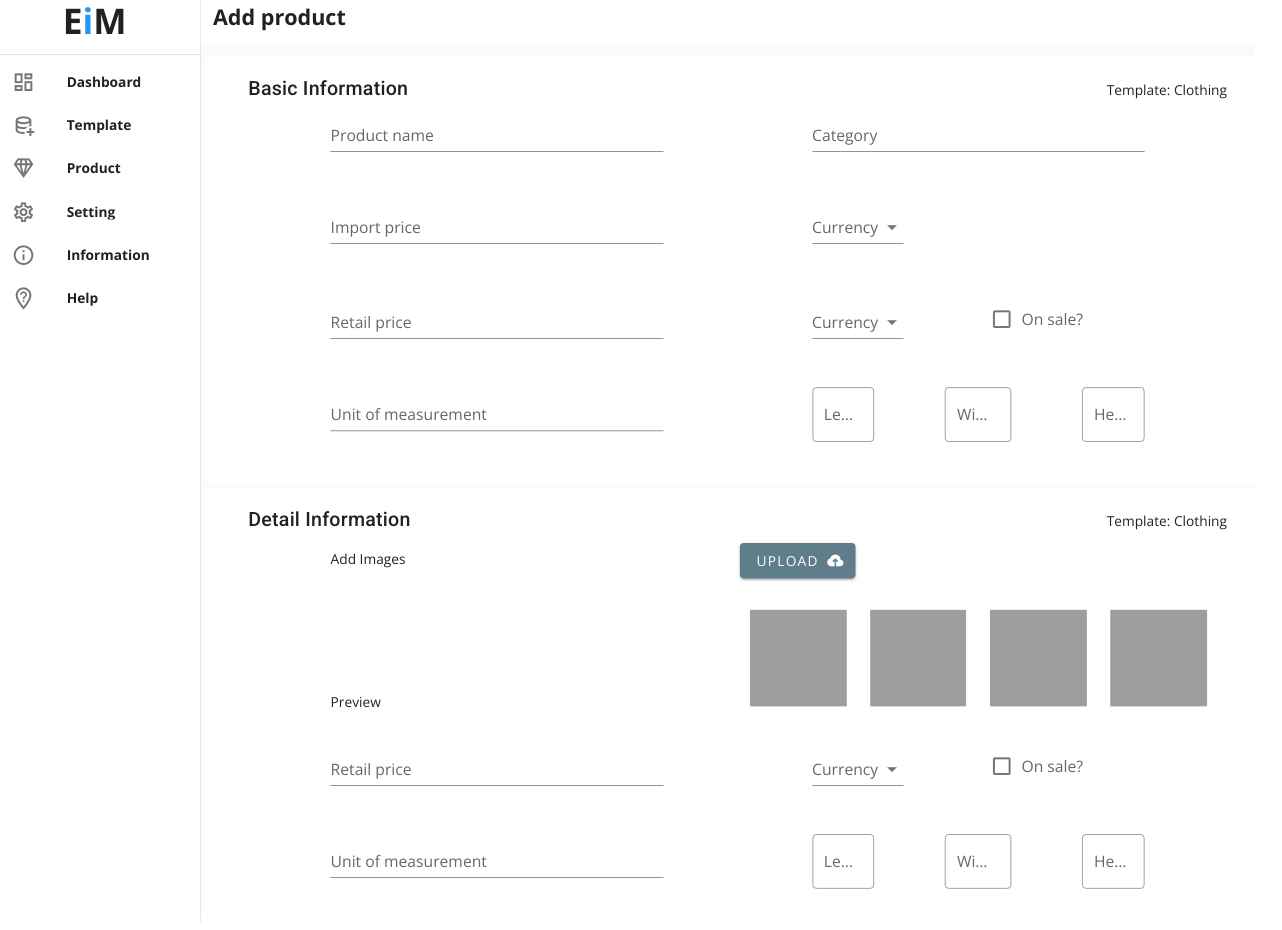
Repository: nguyenphuong152/pim-template
Page: /addproduct
These files come from the project's save history. The page is drawn as it stood at one moment and after the next save; the edit follows.
The browser window is 1280 px wide. The page is 1308 px wide, so the pictures cover 1308 px, including what lies to the right of the window. The pictures show the whole page, at 98% of full size.
Pictures or frames that could not be fetched are drawn as grey boxes. The project was rebuilt for these pictures with package versions that can differ from the ones it lists, and the page was loaded fresh each time. Also part of the build but not shown: vue.config.js, src/views/Home.vue, src/components/Outcome_1/SearchTemplate.vue, src/components/Outcome_1/YourTemplate.vue, src/components/Outcome_1/ListComponent.vue, src/components/Outcome_1/AddInfo.vue, src/components/Outcome_1/AddDetail.vue, src/components/Outcome_1/CreateRegion.vue and 5 more.

Above is the page before, as saved 2020-12-21 12:03:04.

### public/index.html
<!DOCTYPE html>
<html lang="en">
  <head>
    <meta charset="utf-8" />
    <meta http-equiv="X-UA-Compatible" content="IE=edge" />
    <meta name="viewport" content="width=device-width,initial-scale=1.0" />
    <link rel="icon" href="<%= BASE_URL %>favicon.ico" />
    <link rel="preconnect" href="https://fonts.gstatic.com" />
    <link rel="preconnect" href="https://fonts.gstatic.com" />
    <link rel="preconnect" href="https://fonts.gstatic.com" />
    <link
      href="https://fonts.googleapis.com/css2?family=Open+Sans:wght@300;400;600;700;800&display=swap"
      rel="stylesheet"
    />
    <link
      href="https://fonts.googleapis.com/css?family=Montserrat:300,400,500,600,700"
      rel="stylesheet"
    />
    <title><%= htmlWebpackPlugin.options.title %></title>
    <link
      rel="stylesheet"
      href="https://fonts.googleapis.com/css?family=Roboto:100,300,400,500,700,900"
    />
    <link
      rel="stylesheet"
      href="https://cdn.jsdelivr.net/npm/@mdi/font@latest/css/materialdesignicons.min.css"
    />
  </head>
  <body>
    <noscript>
      <strong
        >We're sorry but <%= htmlWebpackPlugin.options.title %> doesn't work
        properly without JavaScript enabled. Please enable it to
        continue.</strong
      >
    </noscript>
    <div id="app"></div>
    <!-- built files will be auto injected -->
  </body>
</html>

### src/main.js
import Vue from 'vue'
import App from './App.vue'
import router from './router'
import '../sass/style.scss'
import vuetify from './plugins/vuetify';

Vue.config.productionTip = false

new Vue({
  router,
  vuetify,
  render: h => h(App)
}).$mount('#app')

### src/App.vue
<template>
  <v-app v-bind:style="{ background: activeColor }">
    <v-row>
      <v-col cols="2" class="pa-0">
        <v-navigation-drawer permanent width="220">
          <v-list-item>
            <v-list-item-content>
              <v-list-item-title class="logo">
                E<span class="blue--text">i</span>M
              </v-list-item-title>
            </v-list-item-content>
          </v-list-item>

          <v-divider></v-divider>

          <v-list dense nav class="text-start pl-4">
            <v-list-item
              v-for="item in items"
              :key="item.title"
              :to="item.path"
              color="blue"
            >
              <v-list-item-icon>
                <v-icon>{{ item.icon }}</v-icon>
              </v-list-item-icon>
              <v-list-item-content>
                <v-list-item-title class="template-title font-weight-bold ">{{
                  item.title
                }}</v-list-item-title>
              </v-list-item-content>
            </v-list-item>
          </v-list>
        </v-navigation-drawer>
      </v-col>
      <v-col class="pa-0">
        <router-view />
      </v-col>
    </v-row>
  </v-app>
</template>

<script>
export default {
  name: "App",
  components: {},
  watch: {
    $route(to) {
      document.title = `${to.meta.title}`;
    },
  },
  data() {
    return {
      clicked: false,
      activeColor: "#FAFAFA",
      items: [
        { title: "Dashboard", icon: "mdi-view-dashboard-outline", path: "" },
        {
          title: "Template",
          icon: "mdi-database-plus-outline",
          path: "/template",
        },
        { title: "Product", icon: "mdi-diamond-stone", path: "/product" },
        { title: "Setting", icon: "mdi-cog-outline", path: "" },
        { title: "Information", icon: "mdi-information-outline", path: "" },
        { title: "Help", icon: "mdi-map-marker-question-outline", path: "" },
      ],
      right: null,
    };
  },
};
</script>

### src/router/index.js
import Vue from "vue";
import VueRouter from "vue-router";
import Home from "../views/Home.vue";
import Template from "../views/Outcome_1/CreateProductTemplate.vue";
import Product from "../views/Outcome_2/Outcome_2_screen.vue";
import AddProduct from "../views/Outcome_2/AddProduct.vue";

Vue.use(VueRouter);

const routes = [
  {
    path: "/",
    name: "Home",
    component: Home,
  },
  {
    path: "/template",
    name: "Template",
    component: Template,
    meta: {
      title: "Add Template",
    },
  },
  {
    path: "/product",
    name: "Product",
    component: Product,
    meta: {
      title: "Product",
    },
  },
  {
    path: "/addproduct",
    name: "AddProduct",
    component: AddProduct,
    meta: {
      title: "Add Product",
    },
  },
  {
    path: "/about",
    name: "About",
    // route level code-splitting
    // this generates a separate chunk (about.[hash].js) for this route
    // which is lazy-loaded when the route is visited.
    component: () =>
      import(/* webpackChunkName: "about" */ "../views/About.vue"),
  },
];

const router = new VueRouter({
  mode: "history",
  base: process.env.BASE_URL,
  routes,
});

export default router;

### sass/style.scss
$font-primary: 'Open Sans',
sans-serif;

@import "~vuetify/src/styles/styles.sass";

$fontsize-content: 14px;
$fontsize-title: 24px;
$fontsize-logo:36px;
$fontsize-header:22px;
$fontsize-nav:20px;


#app {
  font-family: $font-primary;
   font-size:$fontsize-content;
  -webkit-font-smoothing: antialiased;
  -moz-osx-font-smoothing: grayscale;
  text-align: center;
  color: #2c3e50;
}

#nav {
  padding: 30px;
}

#nav a {
  font-weight: bold;
  color: #2c3e50;
}

#nav a.router-link-exact-active {
  color: #42b983;
}

.title {
  font: $font-primary !important;
  font-size: $fontsize-nav !important;
}

.logo {
  @extend .title;
  font-weight: 700 !important;
  font-size: $fontsize-logo !important;
}

.text-header {
  font: $font-primary !important;
  font-size: $fontsize-header !important;
  font-weight: 700;
}


.template-title {
  @extend .title;
  font-size: $fontsize-content !important;
}

### src/views/Outcome_2/AddProduct.vue
<template>
  <v-container class="pa-0">
    <v-card class="" flat>
      <v-container class="text-start">
        <v-row class="align-baseline">
          <v-col cols="10">
            <span class="text-header">Add product</span>
          </v-col>
        </v-row>
      </v-container>
    </v-card>
    <br />
    <BasicInfo />
    <br />
    <DetailInfo />
  </v-container>
</template>

<script>
import BasicInfo from "../../components/Outcome_2/BasicInfo";
import DetailInfo from "../../components/Outcome_2/Detail";

export default {
  components: {
    BasicInfo,
    DetailInfo,
  },
};
</script>

### src/components/Outcome_2/BasicInfo.vue
<template>
  <v-container class="text-start ma-1 pa-0">
    <v-card flat>
      <v-row class="d-flex align-baseline px-14 pt-4">
        <span class="title ">Basic Information</span>
        <v-spacer></v-spacer>
        <span>Template: Clothing</span>
      </v-row>
      <v-container class="px-16 py-0">
        <v-row class="d-flex align-baseline pa-0">
          <v-col>
            <v-container class="py-0 px-16">
              <v-text-field
                color="blue darken-2"
                label="Product name"
                hint="Miniskirt-02"
                required
              ></v-text-field>
            </v-container>
          </v-col>
          <v-col>
            <v-container class="py-0 px-16">
              <v-text-field
                color="blue darken-2"
                label="Category"
                hint="Ex: Miniskirt"
                required
              ></v-text-field>
            </v-container>
          </v-col>
        </v-row>
        <v-row class="d-flex align-baseline">
          <v-col cols="6">
            <v-container class="py-0 px-16">
              <v-text-field
                color="blue darken-2"
                label="Import price"
                hint="180,000"
                required
              ></v-text-field>
            </v-container>
          </v-col>
          <v-col cols="3">
            <v-container class="py-0 px-16">
              <v-select :items="items" label="Currency"></v-select>
            </v-container>
          </v-col>
          <v-col> </v-col>
        </v-row>
        <v-row class="d-flex align-baseline">
          <v-col cols="6">
            <v-container class="py-0 px-16">
              <v-text-field
                color="blue darken-2"
                label="Retail price"
                hint="180,000"
                required
              ></v-text-field>
            </v-container>
          </v-col>
          <v-col cols="3">
            <v-container class="py-0 px-16">
              <v-select :items="items" label="Currency"></v-select>
            </v-container>
          </v-col>
          <v-col
            ><v-checkbox label="On sale?" color="red" hide-details></v-checkbox>
          </v-col>
        </v-row>
        <v-row class="d-flex align-baseline">
          <v-col cols="6">
            <v-container class="py-0 px-16">
              <v-text-field
                color="blue darken-2"
                label="Unit of measurement"
                hint="Ex: piece, pair,..."
                required
              ></v-text-field>
            </v-container>
          </v-col>
          <v-col>
            <v-row>
              <v-col>
                <v-container class="py-0 pl-16">
                  <v-text-field
                    label="Length"
                    placeholder="70cm"
                    outlined
                  ></v-text-field>
                </v-container>
              </v-col>
              <v-col>
                <v-container class="py-0 pr-9 pl-9">
                  <v-text-field
                    label="Width"
                    placeholder="50cm"
                    outlined
                  ></v-text-field>
                </v-container>
              </v-col>
              <v-col>
                <v-container class="py-0 pr-16">
                  <v-text-field
                    label="Height"
                    placeholder="10cm"
                    outlined
                  ></v-text-field>
                </v-container>
              </v-col>
            </v-row>
          </v-col>
        </v-row>
      </v-container>
    </v-card>
  </v-container>
</template>

<script>
export default {
  data: () => ({
    items: ["VND", "USD", "EUR"],
  }),
};
</script>

<style></style>

### src/components/Outcome_2/Detail.vue
<template>
  <v-container class="text-start ma-1 pa-0">
    <v-card flat>
      <v-row class="d-flex align-baseline px-14 pt-4">
        <span class="title ">Detail Information</span>
        <v-spacer></v-spacer>
        <span>Template: Clothing</span>
      </v-row>
      <v-container class="px-16 py-0">
        <v-row class="d-flex align-baseline pa-0">
          <v-col cols="5">
            <v-container class="py-0 px-16">
              <span>Add Images</span>
            </v-container>
          </v-col>
          <v-col>
            <v-container class="py-0 px-16 ">
              <v-btn color="blue-grey" class="ma-2 white--text">
                Upload
                <v-icon right dark>
                  mdi-cloud-upload
                </v-icon>
              </v-btn>
            </v-container>
          </v-col>
        </v-row>
        <v-row class="d-flex align-baseline">
          <v-col cols="6">
            <v-container class="py-0 px-16">
              Preview
            </v-container>
          </v-col>
          <v-col>
            <v-row>
              <v-col v-for="n in 4" :key="n" class="d-flex child-flex">
                <v-img
                  :src="`https://picsum.photos/500/300?image=${n * 3 + 10}`"
                  :lazy-src="`https://picsum.photos/10/6?image=${n * 3 + 10}`"
                  aspect-ratio="1"
                  class="grey lighten-2"
                  width="70"
                >
                  <template v-slot:placeholder>
                    <v-row
                      class="fill-height ma-0"
                      align="center"
                      justify="center"
                    >
                      <v-progress-circular
                        indeterminate
                        color="grey lighten-5"
                      ></v-progress-circular>
                    </v-row>
                  </template>
                </v-img>
              </v-col>
            </v-row>
          </v-col>
        </v-row>
        <v-row class="d-flex align-baseline">
          <v-col cols="6">
            <v-container class="py-0 px-16">
              <v-text-field
                color="blue darken-2"
                label="Retail price"
                hint="180,000"
                required
              ></v-text-field>
            </v-container>
          </v-col>
          <v-col cols="3">
            <v-container class="py-0 px-16">
              <v-select :items="items" label="Currency"></v-select>
            </v-container>
          </v-col>
          <v-col
            ><v-checkbox label="On sale?" color="red" hide-details></v-checkbox>
          </v-col>
        </v-row>
        <v-row class="d-flex align-baseline">
          <v-col cols="6">
            <v-container class="py-0 px-16">
              <v-text-field
                color="blue darken-2"
                label="Unit of measurement"
                hint="Ex: piece, pair,..."
                required
              ></v-text-field>
            </v-container>
          </v-col>
          <v-col>
            <v-row>
              <v-col>
                <v-container class="py-0 pl-16">
                  <v-text-field
                    label="Length"
                    placeholder="70cm"
                    outlined
                  ></v-text-field>
                </v-container>
              </v-col>
              <v-col>
                <v-container class="py-0 pr-9 pl-9">
                  <v-text-field
                    label="Width"
                    placeholder="50cm"
                    outlined
                  ></v-text-field>
                </v-container>
              </v-col>
              <v-col>
                <v-container class="py-0 pr-16">
                  <v-text-field
                    label="Height"
                    placeholder="10cm"
                    outlined
                  ></v-text-field>
                </v-container>
              </v-col>
            </v-row>
          </v-col>
        </v-row>
      </v-container>
    </v-card>
  </v-container>
</template>

<script>
export default {};
</script>

<style></style>

Loaded but not shown: src/plugins/vuetify.js (common file)

After the next save:
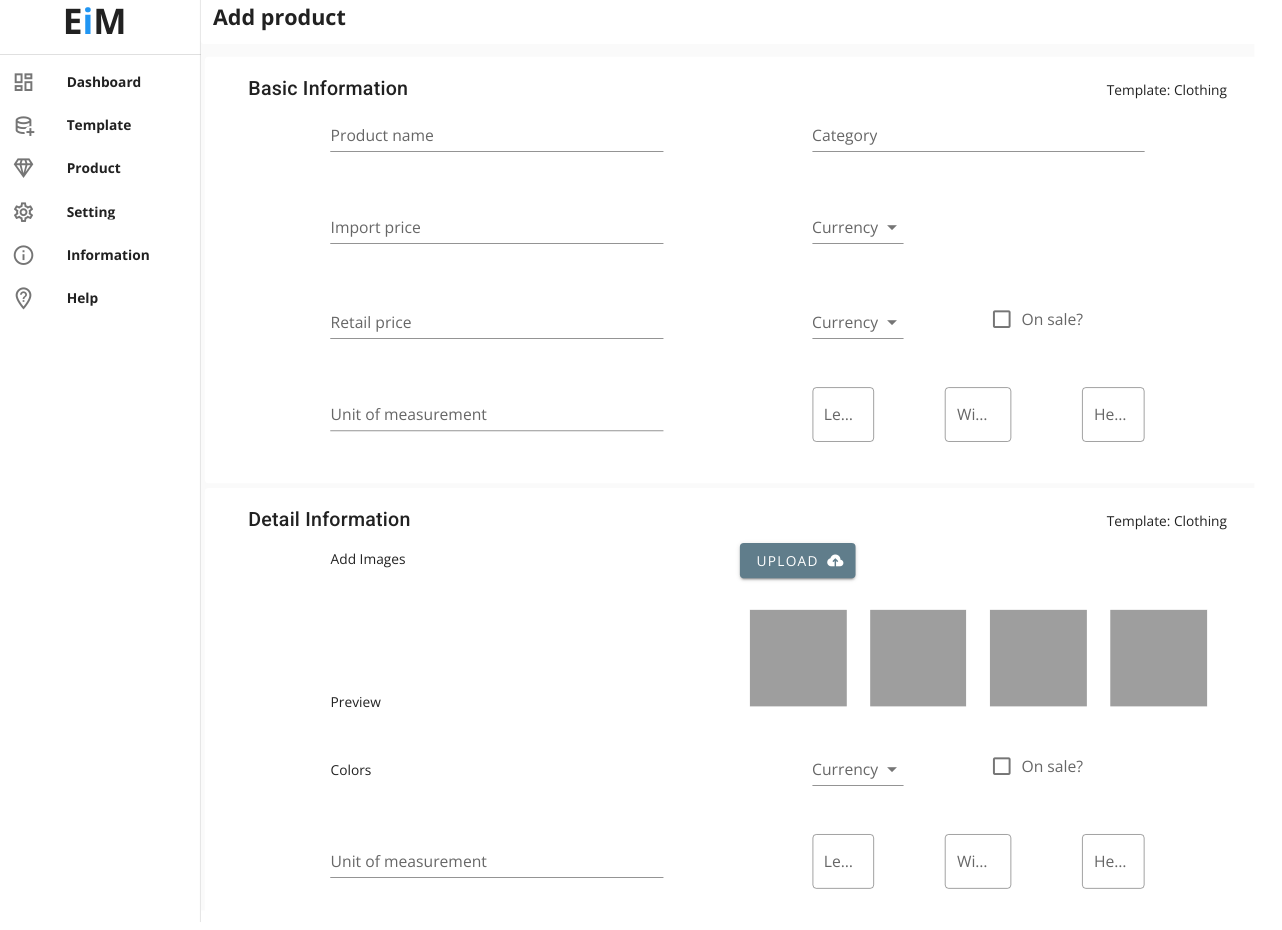
Saved 5 min 22 s later.
--- a/src/components/Outcome_2/Detail.vue
+++ b/src/components/Outcome_2/Detail.vue
@@ -60,12 +60,7 @@
         <v-row class="d-flex align-baseline">
           <v-col cols="6">
             <v-container class="py-0 px-16">
-              <v-text-field
-                color="blue darken-2"
-                label="Retail price"
-                hint="180,000"
-                required
-              ></v-text-field>
+              <span>Colors</span>
             </v-container>
           </v-col>
           <v-col cols="3">
